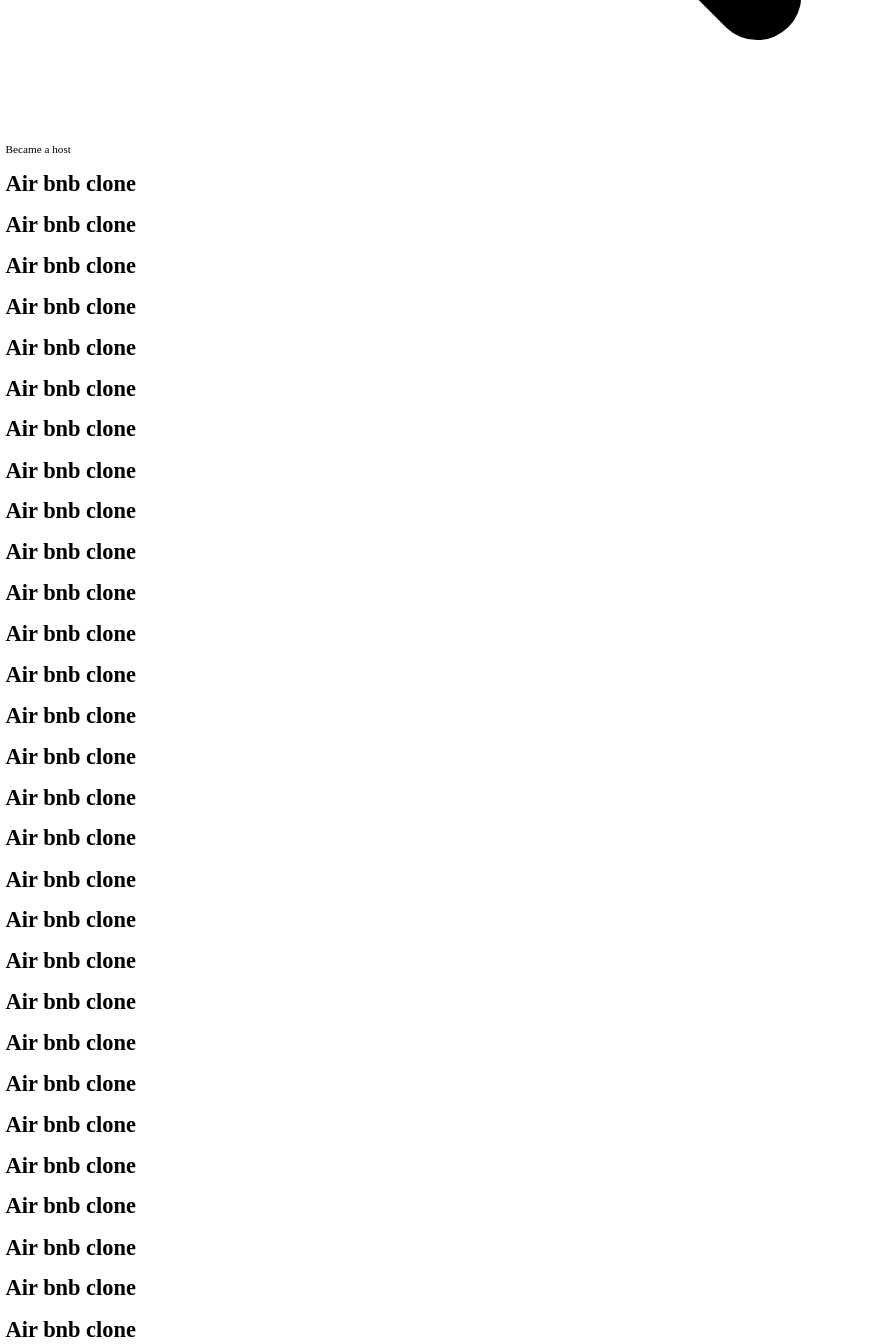
Repository: ahmadsaadkhan/Airbn-demo
Page: /
These files come from the project's save history. The page is drawn as it stood at one moment and after the next save; the edit follows.
The browser window is 1280 px wide. The pictures show the part of the page from y = 1109 to 3029 px (the page is 3865 px tall before and 5149 px after), at 70% of full size.
The project was rebuilt for these pictures with package versions that can differ from the ones it lists, and the page was loaded fresh each time. The framework's server and built-in components were replaced by stand-ins that run in the browser. Also part of the build but not shown: next.config.js.

Above is the page before, as saved 2021-08-06 17:51:33.

After the next save:
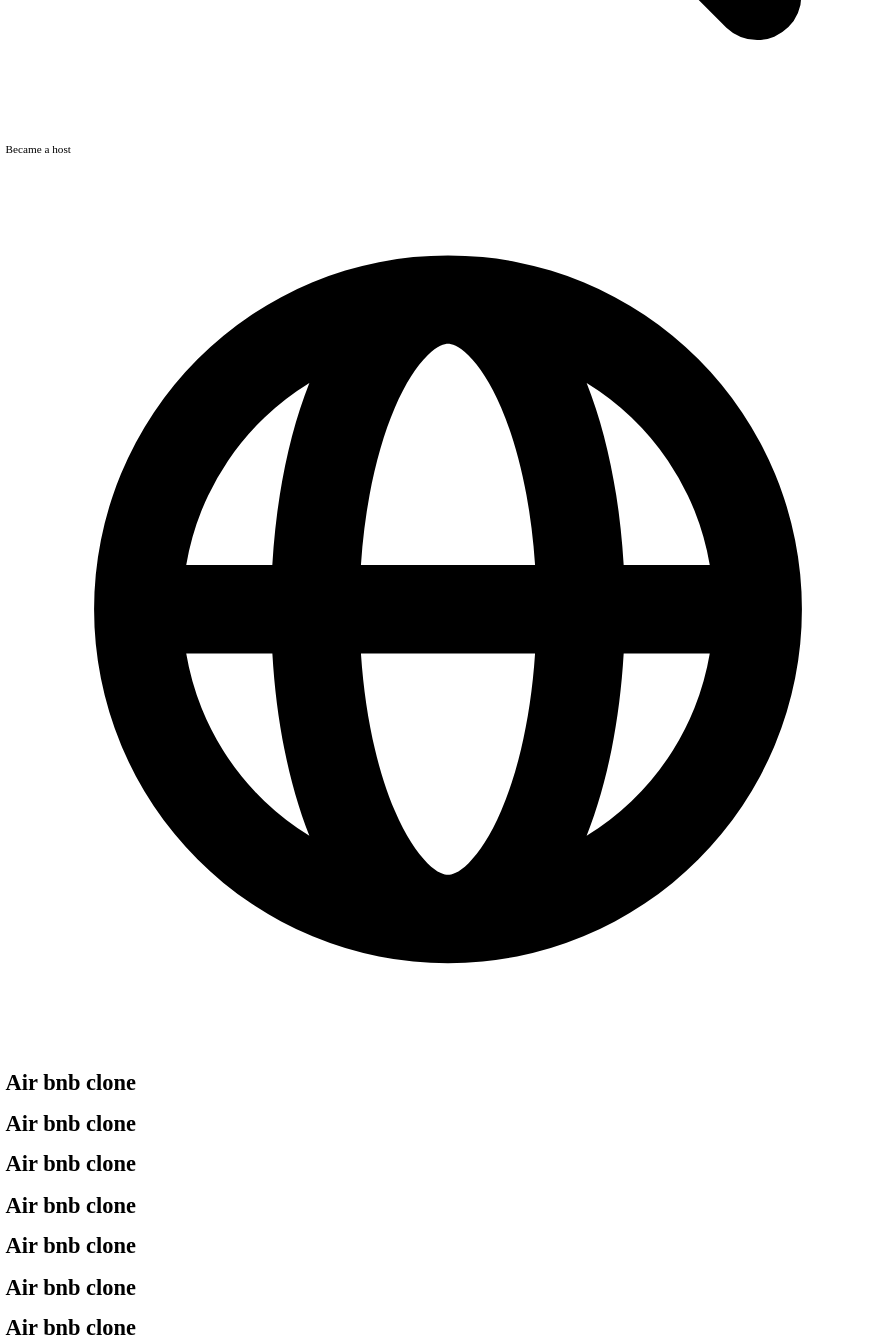
Saved 58 s later.
--- a/Components/Header.js
+++ b/Components/Header.js
@@ -16,8 +16,9 @@ const Header = () => {
                 <input className="flex-grow pl-5 bg-transparent outline-none text-sm text-gray-600 placeholder-gray-400" type="text" placeholder="Search" />
                 <SearchIcon className="hidden md:inline-flex h-8 bg-red-400 text-white rounded-full p-2 cursor-pointer md:mx-2"/>
             </div>
-            <div>
+            <div className="flex">
                 <p>Became a host</p>
+                <GlobeAltIcon className="h-6 " />
             </div>
         </header>
      );
